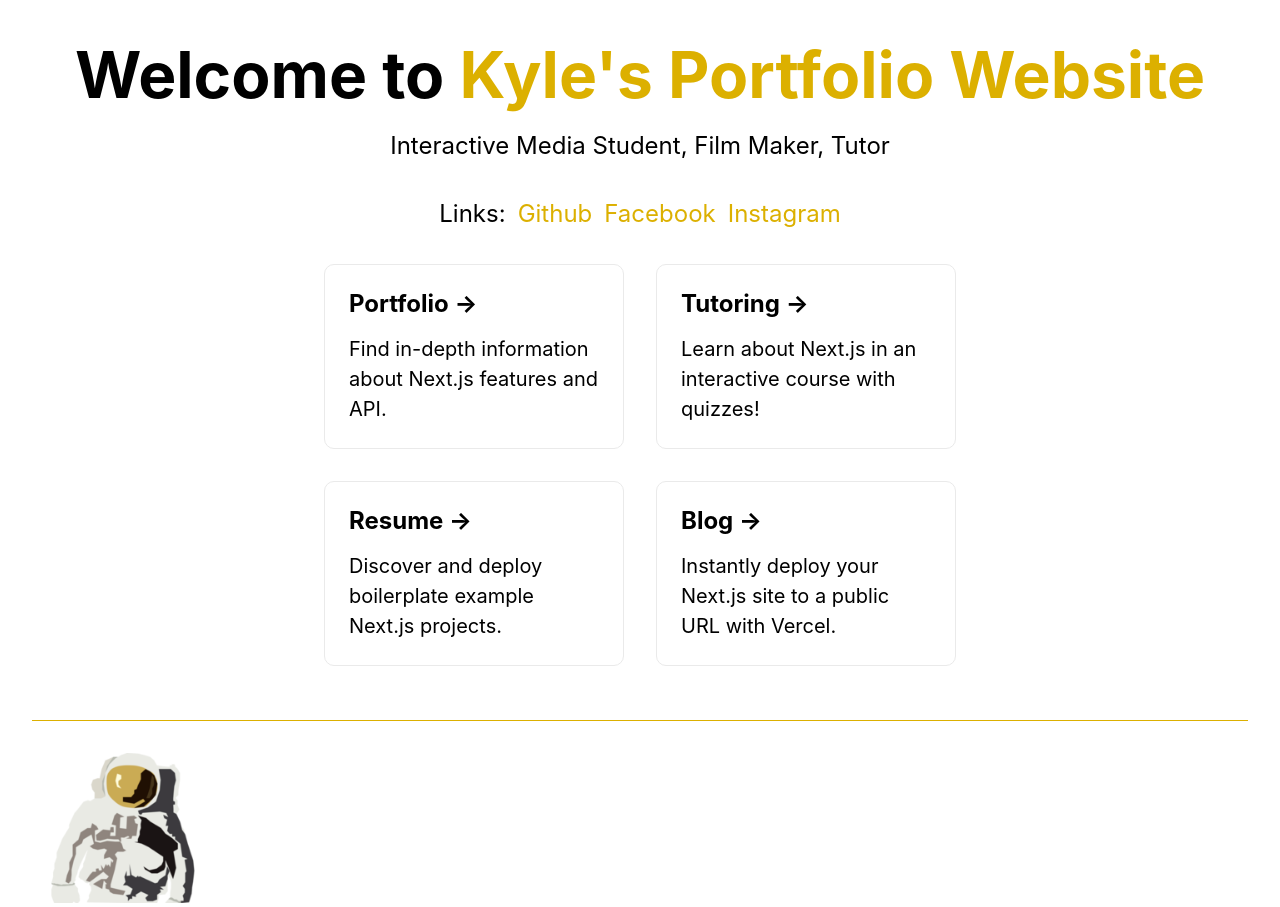
Repository: neomort/CL-portfolio-site
Page: /
An editor plug-in stored every save of this project. The page is shown before and after the next save, followed by the edit.
The browser window is 1280 px wide. The pictures show the whole page.
The project was rebuilt for these pictures with package versions that can differ from the ones it lists, and the page was loaded fresh each time. The framework's server and built-in components were replaced by stand-ins that run in the browser. Also part of the build but not shown: next.config.js.

Above is the page before, as saved 2021-12-14 14:37:46.

### pages/_document.js
import Document, { Html, Head, Main, NextScript } from 'next/document'

class MyDocument extends Document {


  render() {
    return (
      <Html>
        <Head>
        <link rel="apple-touch-icon" sizes="180x180" href="/images/favicons/apple-touch-icon.png" />
        <link rel="icon" type="image/png" sizes="32x32" href="/images/favicons/favicon-32x32.png" />
        <link rel="icon" type="image/png" sizes="16x16" href="/images/favicons/favicon-16x16.png" />
        <link rel="manifest" href="/images/favicons//site.webmanifest" />
        <link rel="mask-icon" href="/safari-pinned-tab.svg" color="#5bbad5" />
        <meta name="msapplication-TileColor" content="#da532c" />
        <meta name="theme-color" content="#ffffff"></meta>
        </Head>

        <body>
          <Main />
          <NextScript />
        </body>
      </Html>
    )
  }
}

export default MyDocument

### pages/index.js
import Head from 'next/head'
import Image from 'next/image'
import styles from '../styles/Home.module.css'

export default function Home() {
  return (
    <div className={styles.container}>
      <Head>
        <title>Kyle's Portfolio</title>
        <meta name="description" content="If you are reading this you are really impressive" />

      </Head>

      <main className={styles.main}>
        <h1 className={styles.title}>
          Welcome to <a href="https://kyleadams.com/">Kyle's Portfolio Website</a>
        </h1>

        <p className={styles.description}>
        Interactive Media Student, Film Maker, Tutor
        </p>

        <p className={styles.description}>
          Links:
          <a href="https://github.com/neomort">Github</a>
          <a href="https://github.com/neomort">Facebook</a>
          <a href="https://github.com/neomort">Instagram</a>
          {/* <code className={styles.code}>this is code</code> */}
        </p>

        <div className={styles.grid}>
          <a href="https://nextjs.org/docs" className={styles.card}>
            <h2>Portfolio &rarr;</h2>
            <p>Find in-depth information about Next.js features and API.</p>
          </a>

          <a href="https://nextjs.org/learn" className={styles.card}>
            <h2>Tutoring &rarr;</h2>
            <p>Learn about Next.js in an interactive course with quizzes!</p>
          </a>

          <a
            href="https://github.com/vercel/next.js/tree/master/examples"
            className={styles.card}
          >
            <h2>Resume &rarr;</h2>
            <p>Discover and deploy boilerplate example Next.js projects.</p>
          </a>

          <a
            href="https://vercel.com/new?utm_source=create-next-app&utm_medium=default-template&utm_campaign=create-next-app"
            className={styles.card}
          >
            <h2>Blog &rarr;</h2>
            <p>
              Instantly deploy your Next.js site to a public URL with Vercel.
            </p>
          </a>
        </div>
      </main>

      <footer className={styles.footer}>
        <a
          href="https://kyleadams.com/"
          target="_blank"
          rel="noopener noreferrer"
        >

          <span className={styles.logo}>
            <Image src="/images/favicons/apple-touch-icon.png" alt="Spaceman" width={150} height={150} />
          </span>
        </a>
      </footer>
    </div>
  )
}

### styles/Home.module.css
.container {
  padding: 0 2rem;
}

.main {
  min-height: 100vh;
  padding: 2rem 0;
  flex: 1;
  display: flex;
  flex-direction: column;
  justify-content: center;
  align-items: center;
}

.footer {
  display: flex;
  flex: 1;
  padding: 2rem 0;
  border-top: 1px solid #dcb000;
  justify-content: left;
  align-items: center;
}

.footer a {
  display: flex;
  justify-content: left;
  align-items: center;
  flex-grow: 1;
}

.title a {
  color: #dcb000;
  text-decoration: none;
}

.title a:hover,
.title a:focus,
.title a:active {
  text-decoration: underline;
}

.title {
  margin: 0;
  line-height: 1.15;
  font-size: 4rem;
}

.title,
.description {
  text-align: center;
}

.description {
  margin: 1rem 0;
  line-height: 1.5;
  font-size: 1.5rem;
}

.description a{
  padding-left: 0.75rem;
  color: #dcb000;
  text-decoration: none;
}

.code {
  background: #fafafa;
  border-radius: 5px;
  padding: 0.75rem;
  font-size: 1.1rem;
  font-family: Menlo, Monaco, Lucida Console, Liberation Mono, DejaVu Sans Mono,
    Bitstream Vera Sans Mono, Courier New, monospace;
}

.grid {
  display: flex;
  align-items: center;
  justify-content: center;
  flex-wrap: wrap;
  max-width: 800px;
}

.card {
  margin: 1rem;
  padding: 1.5rem;
  text-align: left;
  color: inherit;
  text-decoration: none;
  border: 1px solid #eaeaea;
  border-radius: 10px;
  transition: color 0.15s ease, border-color 0.15s ease;
  max-width: 300px;
}

.card:hover,
.card:focus,
.card:active {
  color: #0070f3;
  border-color: #0070f3;
}

.card h2 {
  margin: 0 0 1rem 0;
  font-size: 1.5rem;
}

.card p {
  margin: 0;
  font-size: 1.25rem;
  line-height: 1.5;
}

.logo {
  height: 2em;
  margin-left: 1rem;
}

@media (max-width: 600px) {
  .grid {
    width: 100%;
    flex-direction: column;
  }
}

Loaded but not shown: pages/_app.js (common file); styles/globals.css (common file)

After the next save:
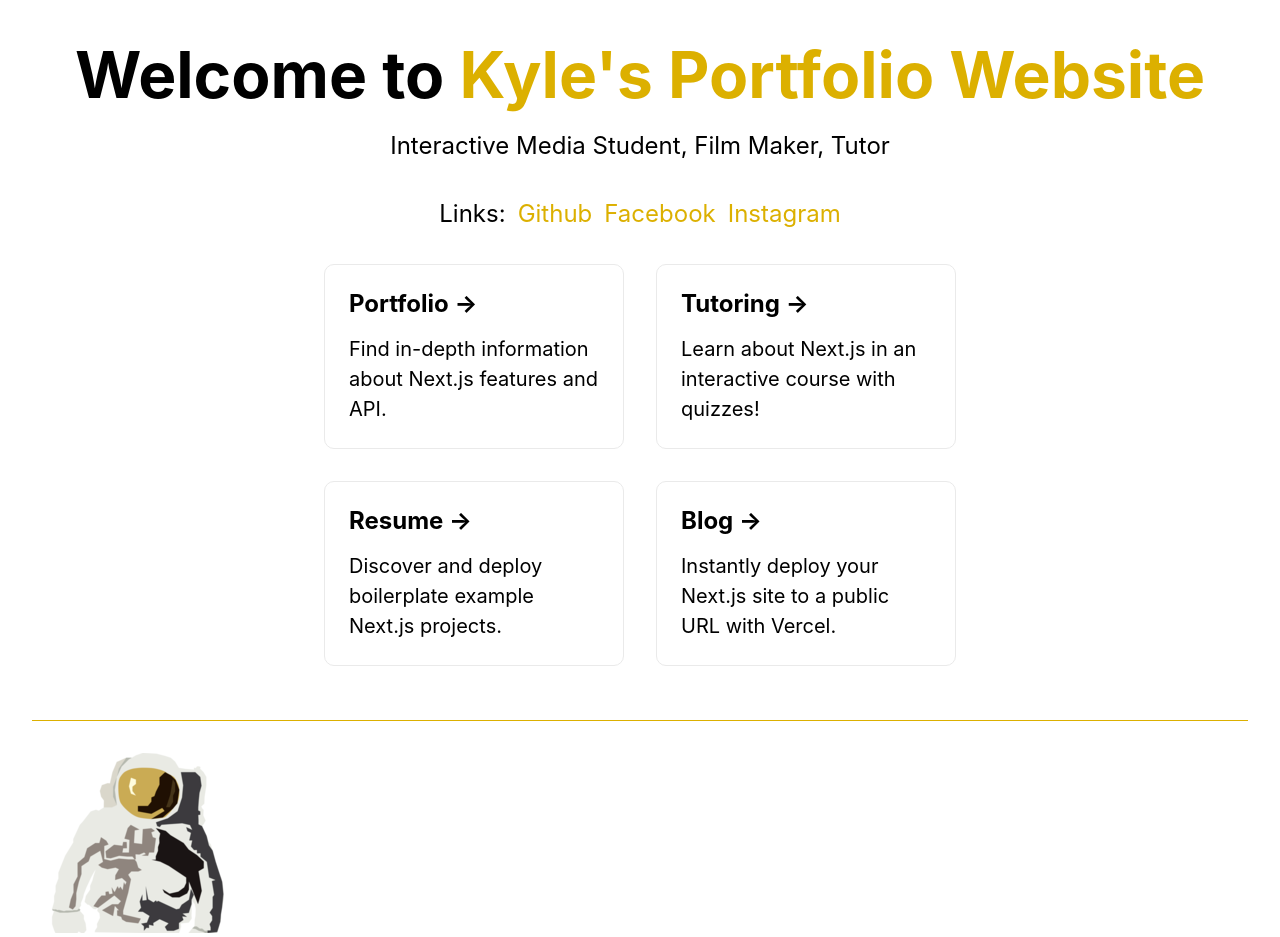
Saved 28 s later.
--- a/pages/index.js
+++ b/pages/index.js
@@ -67,7 +67,7 @@ export default function Home() {
         >
 
           <span className={styles.logo}>
-            <Image src="/images/favicons/apple-touch-icon.png" alt="Spaceman" width={150} height={150} />
+            <Image src="/images/favicons/apple-touch-icon.png" alt="Spaceman" width={180} height={180} />
           </span>
         </a>
       </footer>
